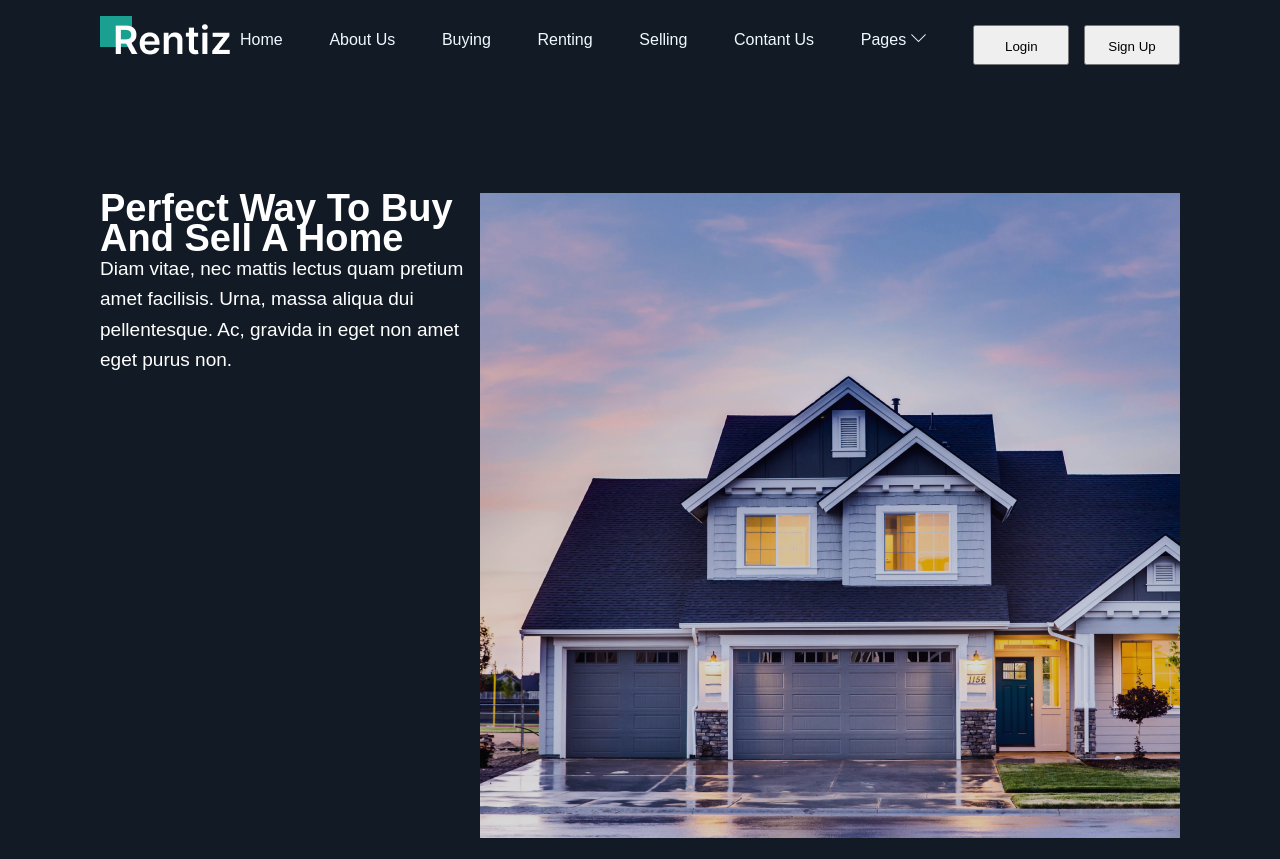
Repository: tung1233hhhhhhhhhhhhh/WebClone-Home
Page: index.html
An editor plug-in stored every save of this project. The page is shown before and after the next save, followed by the edit.
The browser window is 1280 px wide. The pictures show the whole page.

Above is the page before, as saved 2023-05-23 14:56:21.

After the next save:
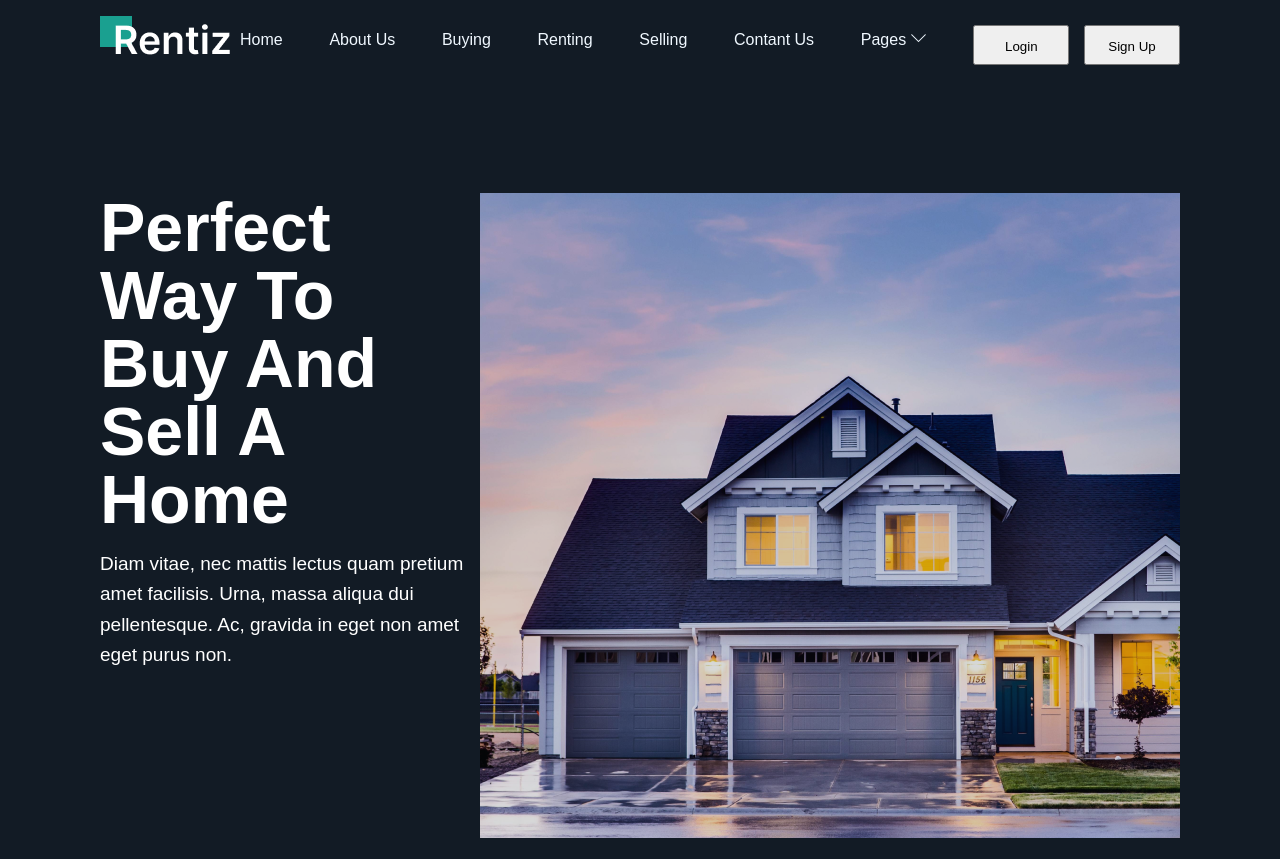
Saved 2 min 37 s later.
--- a/assets/css/main.css
+++ b/assets/css/main.css
@@ -85,3 +85,10 @@ body {
 #billboard .main .billboard-text {
     width: 40%;
 }
+
+#billboard .billboard-text h1 {
+    text-transform: capitalize !important;
+    line-height: 1;
+    margin-bottom: 1rem;
+    font-size: 68px;
+}
